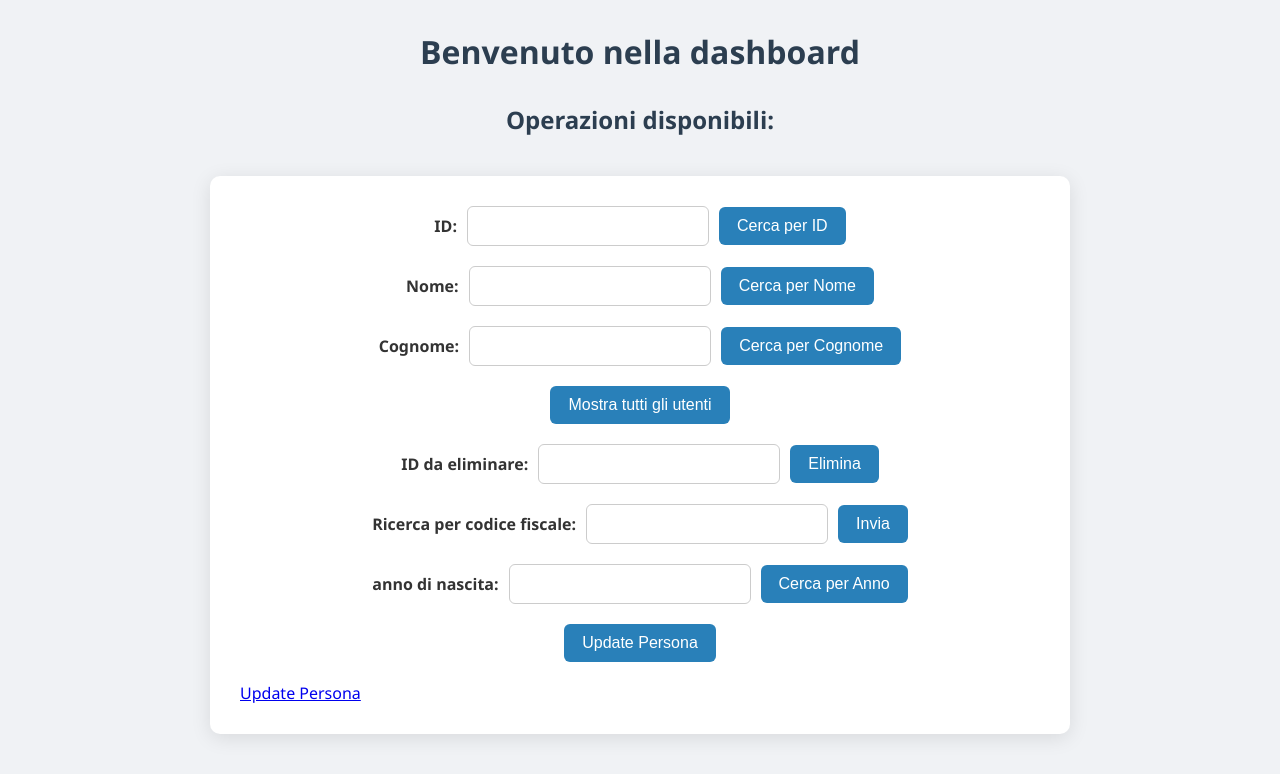
Repository: PcarloP/java_se
Page: http://localhost/anagraficaweb/dashboard.jsp
The author's editor kept a copy of each file at every save. The page is drawn from the files as they stood at one save, then again after the next save.
The browser window is 1280 px wide. The pictures show the whole page.
The page is served by Tomcat 10. Other server files are loaded and not shown.

Above is the page before, as saved 2025-06-22 18:58:16.

### anagraficaweb/WebContent/dashboard.jsp
<%@ page language="java" contentType="text/html; charset=UTF-8"%>
<!DOCTYPE html>
<html lang="it">
<head>
<meta charset="UTF-8">
<title>Dashboard</title>
<link rel="stylesheet"
	href="<%=request.getContextPath()%>/dashboard.css">
</head>

<body>
	<h1>Benvenuto nella dashboard</h1>
	<h2>Operazioni disponibili:</h2>


	<div class="forms-container">
		<!-- chiamata alla servlet del metodo  findById con metodo GET-->
		<form action="<%=request.getContextPath() + "/findById"%>"
			method="get">
			<label>ID:</label> <input type="text" name="id" required />
			<button type="submit">Cerca per ID</button>
		</form>


		<!-- chiamata alla servlet del metodo  findByNome con metodo GET-->
		<form action="<%=request.getContextPath() + "/findByNome"%>"
			method="get">
			<label>Nome:</label> <input type="text" name="nome" required />
			<button type="submit">Cerca per Nome</button>
		</form>


		<!-- chiamata alla servlet del metodo  findByCognome con metodo GET -->
		<form action="<%=request.getContextPath() + "/findByCognome"%>"
			method="get">
			<label>Cognome:</label> <input type="text" name="cognome" required />
			<button type="submit">Cerca per Cognome</button>
		</form>


		<!-- chiamata alla servlet del metodo  findAll con metodo GET-->
		<form action="<%=request.getContextPath() + "/findAll"%>" method="get">
			<button type="submit">Mostra tutti gli utenti</button>
		</form>


		<!-- chiamata alla servlet del metodo delete con metodo GET -->
		<form action="<%=request.getContextPath() + "/delete"%>" method="get">
			<label>ID da eliminare:</label> <input type="text" name="id" required />
			<button type="submit">Elimina</button>
		</form>


		<!--  chiamata alla servlet del metodo FindByCf con metodo GET-->
		<form action="<%=request.getContextPath() + "/findByCf"%>"
			method="get">
			<label> Ricerca per codice fiscale: </label> <input type="text"
				name=codicefiscale required />
			<button type="submit">Invia</button>
		</form>


        <!--  chiamata alla servlet del metodo FindByAnno con metodo GET-->
        <form action="<%=request.getContextPath() + "/findbyanno"%>"
			method="get">
			<label>anno di nascita:</label> <input type="text" name="annoNascita" required />
			<button type="submit">Cerca per Anno</button>
		</form>



<!-- Form per aggiornare una persona -->
<form action="<%=request.getContextPath()%>/updatesetter.jsp" method="get">
    <button type="submit">Update Persona</button>
</form>



<a href="<%=request.getContextPath()%>/updatesetter.jsp" class="button-link">Update Persona</a>






	</div>
</body>
</html>

### anagraficaweb/WebContent/dashboard.css
body {
    font-family: 'Segoe UI', Tahoma, Geneva, Verdana, sans-serif;
    background-color: #f0f2f5;
    color: #333;
    margin: 0;
    padding: 0;
}


h1, h2 {
    text-align: center;
    color: #2c3e50;
    margin-top: 30px;
}


.forms-container {
    width: 90%;
    max-width: 800px;
    margin: 40px auto;
    padding: 30px;
    background-color: #ffffff;
    border-radius: 10px;
    box-shadow: 0 4px 20px rgba(0, 0, 0, 0.1);
}


form {
    display: flex;
    flex-wrap: wrap;
    align-items: center;
    justify-content: center;
    margin-bottom: 20px;
    gap: 10px;
}

label {
    font-weight: bold;
}

input[type="text"],
input[type="number"] {
    padding: 10px;
    width: 220px;
    border: 1px solid #ccc;
    border-radius: 6px;
    font-size: 1em;
    transition: border-color 0.3s ease;
}

input[type="text"]:focus,
input[type="number"]:focus {
    border-color: #2980b9;
    outline: none;
}

button {
    padding: 10px 18px;
    background-color: #2980b9;
    color: white;
    border: none;
    border-radius: 6px;
    font-size: 1em;
    cursor: pointer;
    transition: background-color 0.3s ease;
}

button:hover {
    background-color: #1c5980;
}

After the next save:
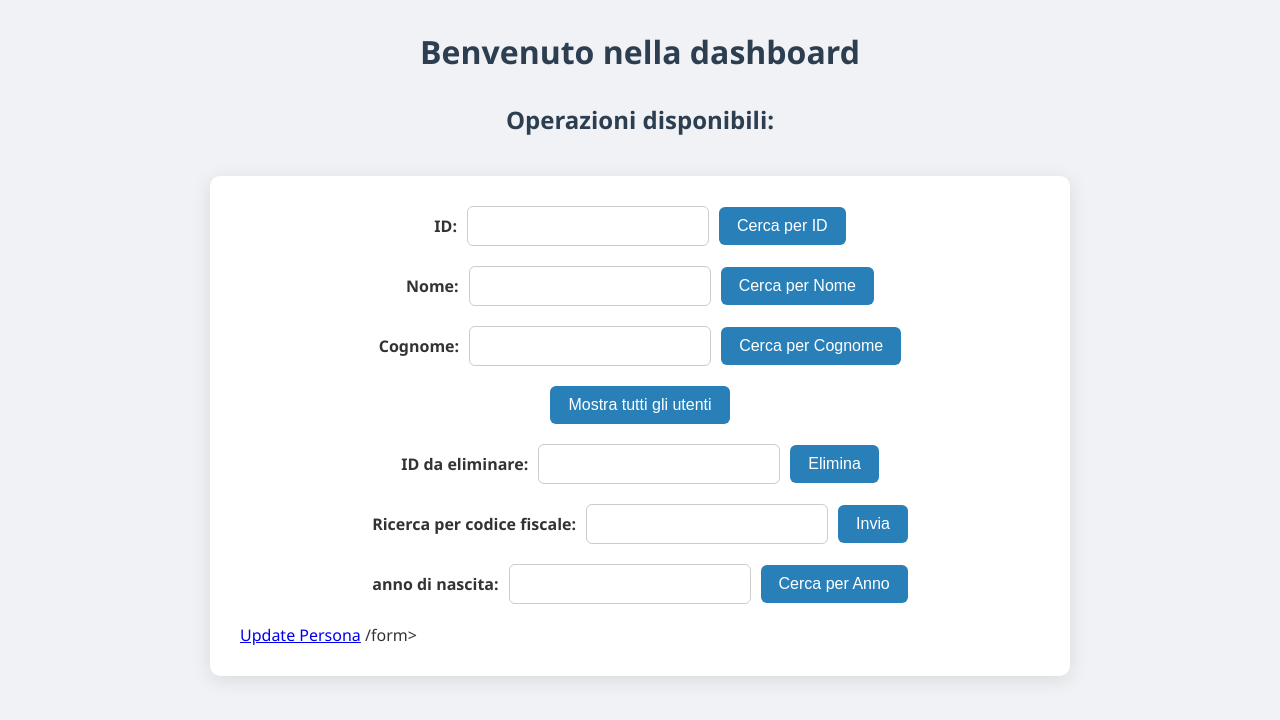
Saved 54 s later.
--- a/anagraficaweb/WebContent/dashboard.jsp
+++ b/anagraficaweb/WebContent/dashboard.jsp
@@ -70,13 +70,11 @@
 
 
 <!-- Form per aggiornare una persona -->
-<form action="<%=request.getContextPath()%>/updatesetter.jsp" method="get">
-    <button type="submit">Update Persona</button>
-</form>
+<a href="<%=request.getContextPath()%>/updatesetter.jsp" class="button-link">Update Persona</a>
+
+	/form>
 
 
-
-<a href="<%=request.getContextPath()%>/updatesetter.jsp" class="button-link">Update Persona</a>
 
 
 
